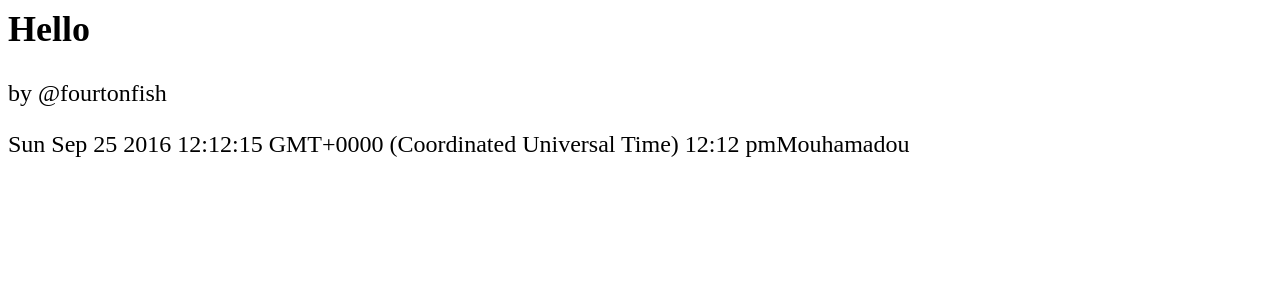
Repository: Grimlock123/starwear
Page: 1.html
The author's editor kept a record of every edit. The page is drawn from the files as they stood at one moment, then again after the next edit.
The browser window is 1280 px wide. The pictures show the whole page.
The page's requests for data from a server got no answer.

Above is the page before.

After the next edit:
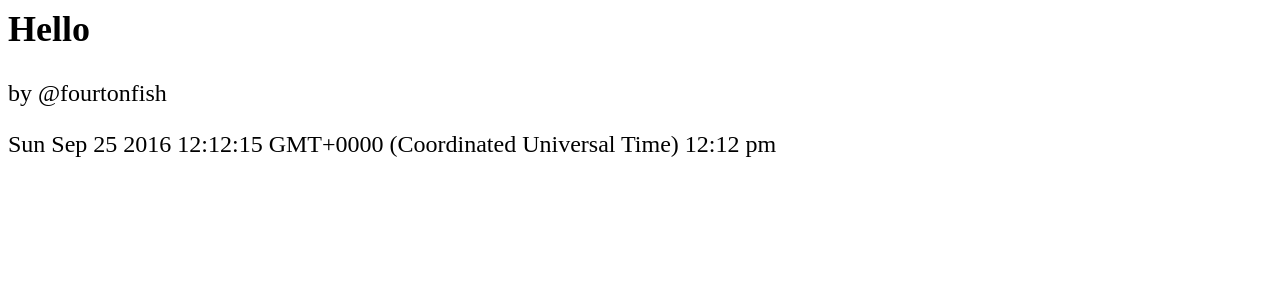
The edit:
--- a/1.html
+++ b/1.html
@@ -9,7 +9,7 @@
         <section>
             <h1 id="city">Hello</h1>
             <p><a id="temperature" href="#"></a><span id="weather">by @fourtonfish</span></p>
-            <p><a id="date" herf='#'></a><span id="time">Mouhamadou</span></p>
+            <p><a id="date" herf='#'></a><span id="time"></span></p>
         </section>
         </div>
 
